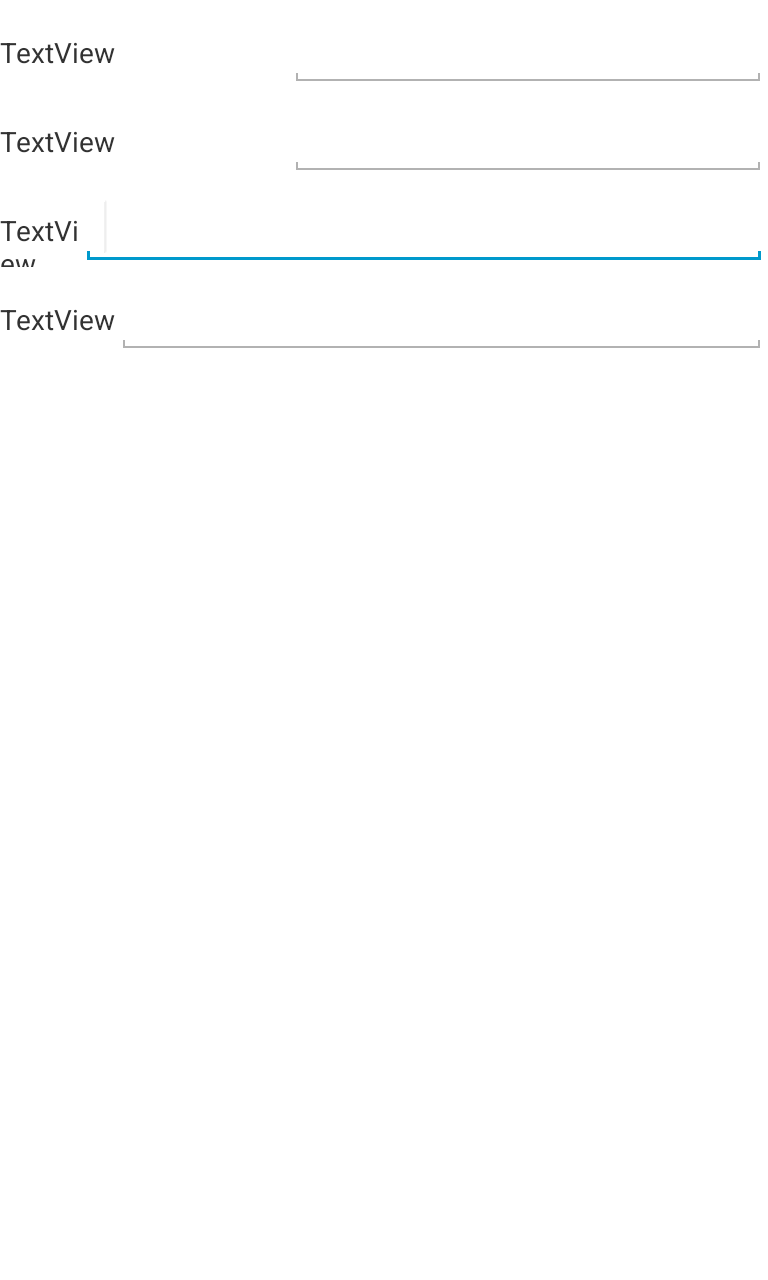
Repository: AungWinnHtut/Android
Layout: mywork1/Sale_system/res/layout/activity_main.xml
These files come from the project's save history. The layout is drawn as it stood at one moment and after the next save; the edit follows.
It is drawn on a 768 x 1280 px phone screen (xhdpi) without system bars, with theme AppTheme; the app's code is not run.

Above is the layout before, as saved 2015-07-12 04:13:08.

After the next save:
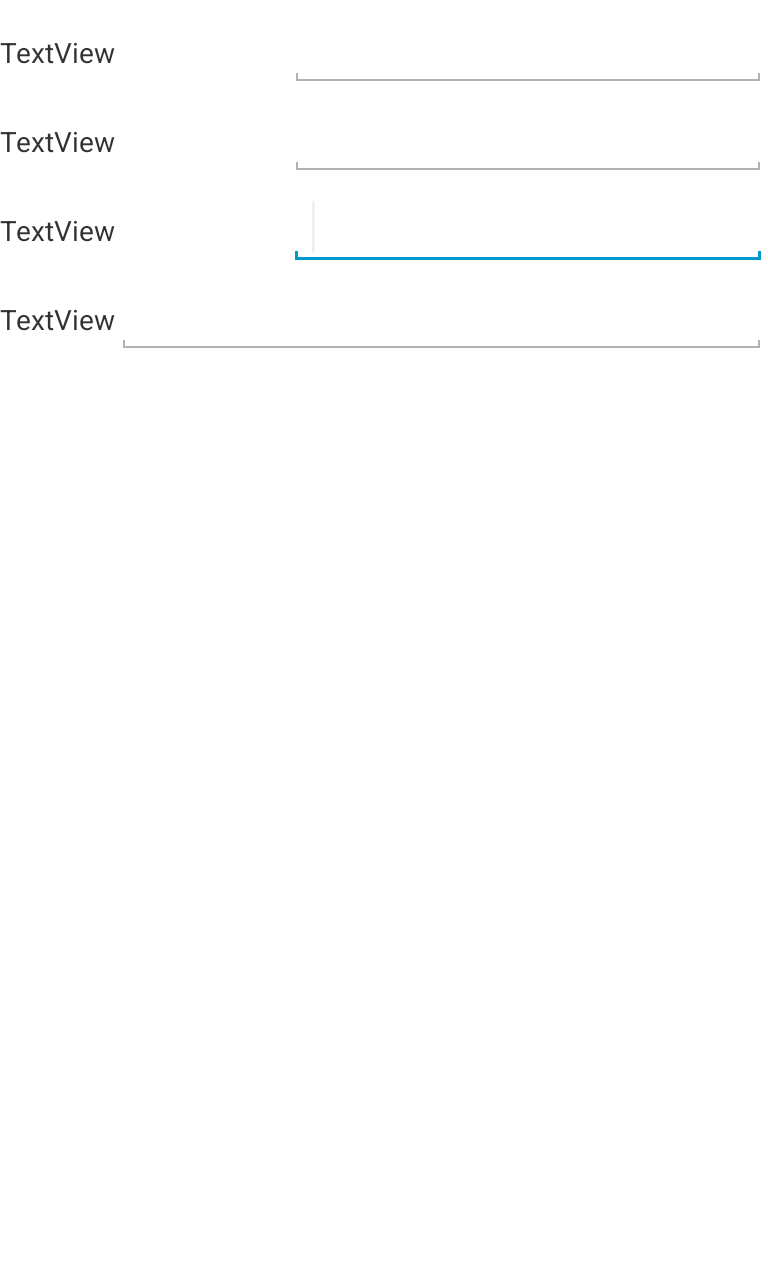
Saved 20 s later.
--- a/mywork1/Sale_system/res/layout/activity_main.xml
+++ b/mywork1/Sale_system/res/layout/activity_main.xml
@@ -71,9 +71,9 @@
 
         <EditText
             android:id="@+id/editText3"
-            android:layout_width="wrap_content"
+            android:layout_width="0dp"
             android:layout_height="wrap_content"
-            android:layout_weight="1"
+       android:layout_weight="0.5"
             android:ems="10" >
 
             <requestFocus />
